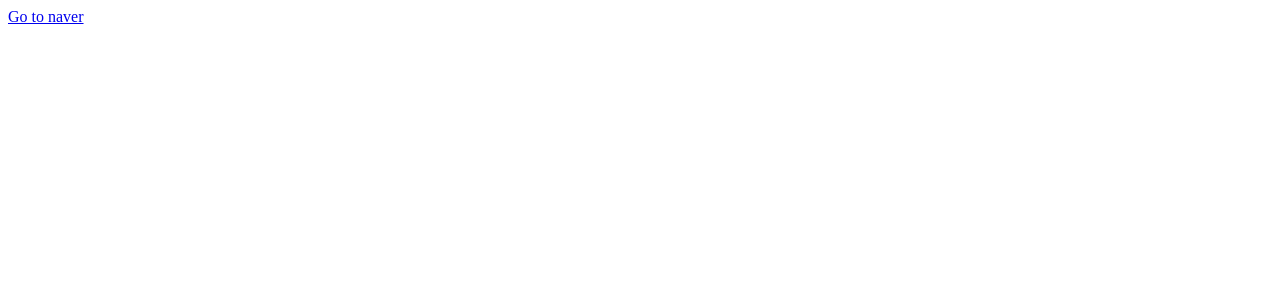
Repository: jun01270/F-E-practice
Page: index.html
An editor plug-in stored every save of this project. The page is shown before and after the next save, followed by the edit.
The browser window is 1280 px wide. The pictures show the whole page.
Empty fields were first filled with sample values (such as "Sample", 5 or name@example.com).
After loading, the first visible `#userName-form` was submitted once.

Above is the page before, as saved 2022-12-22 16:25:15.
Console error: ReferenceError: Cannot access 'userName' before initialization

After the next save:
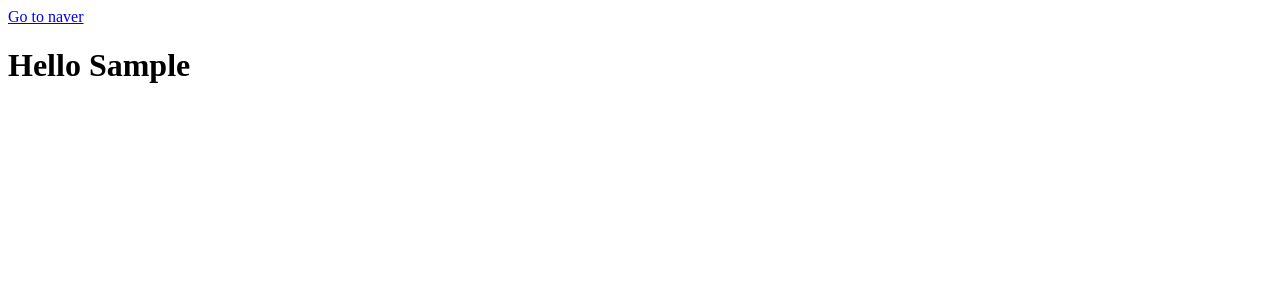
The error is gone.
Saved 12 s later.
--- a/app.js
+++ b/app.js
@@ -6,10 +6,10 @@ const firstH1 = document.getElementById("result");
 function loginResult(e) {
   e.preventDefault();
   loginForm.classList.add("hidden");
-  const userName = userName.value;
-  console.log(userName);
+  const userName1 = userName.value;
+  console.log(userName1);
   firstH1.classList.remove("hidden");
-  firstH1.innerText = `Hello ${userName}`;
+  firstH1.innerText = `Hello ${userName1}`;
 }
 
 loginForm.addEventListener("submit", loginResult);
